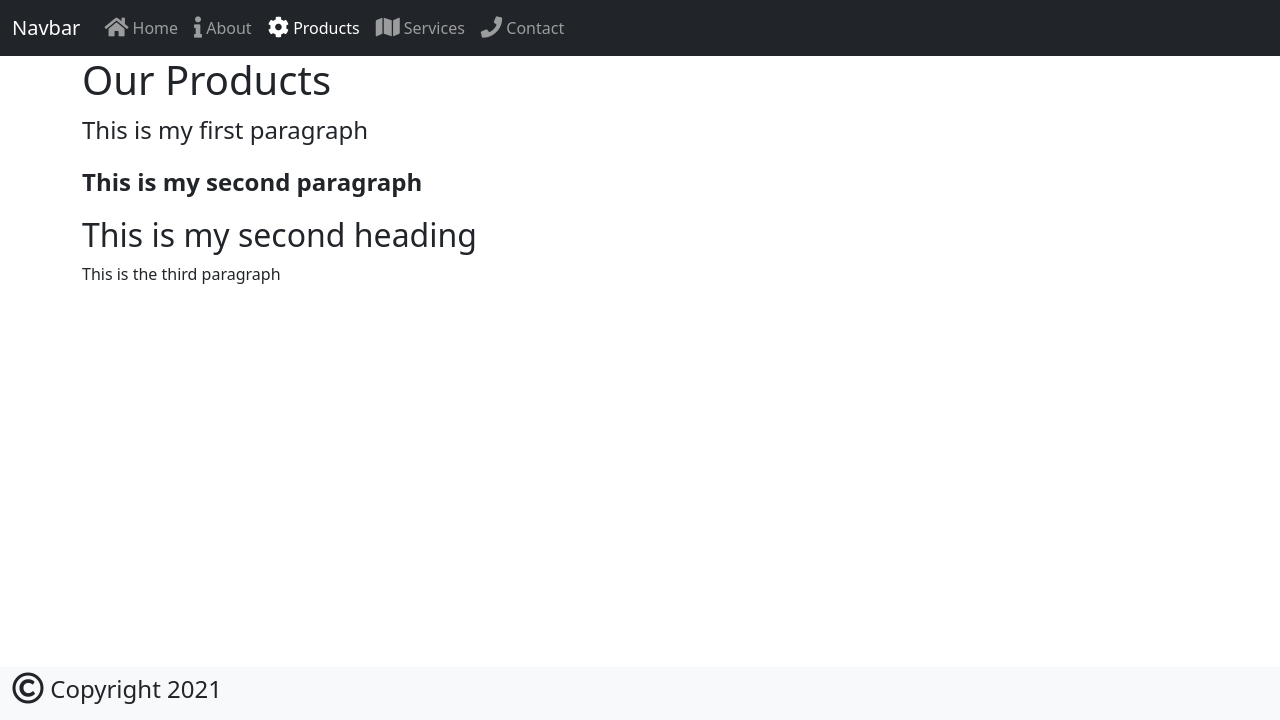
Repository: evanpalmer002/WEBD6201-ICE4
Page: products.html
The author's editor kept a copy of each file at every save. The page is drawn from the files as they stood at one save, then again after the next save.
The browser window is 1280 px wide. The pictures show the whole page.

Above is the page before, as saved 2021-01-20 16:09:34.

### products.html
<!DOCTYPE html>
<html lang="en">
<head>
    <meta charset="UTF-8">
    <meta name="viewport" content="width=device-width, initial-scale=1.0">
    <title>WEBD6201 - ICE 1</title>
    <!-- CSS Section -->
    <link rel="stylesheet" href="./node_modules/bootstrap/dist/css/bootstrap.min.css">
    <link rel="stylesheet" href="./node_modules/@fortawesome//fontawesome-free/css/all.min.css">
    <link rel="stylesheet" href="./Content/app.css">
</head>
<body>
    <!-- Main Navigation -->
    <header>
        <nav class="navbar navbar-expand-lg navbar-dark bg-dark justify-content-end">
            <div class="container-fluid">
              <a class="navbar-brand" href="index.html">Navbar</a>
              <button class="navbar-toggler" type="button" data-bs-toggle="collapse" data-bs-target="#navbarSupportedContent" aria-controls="navbarSupportedContent" aria-expanded="false" aria-label="Toggle navigation">
                <span class="navbar-toggler-icon"></span>
              </button>
              <div class="collapse navbar-collapse" id="navbarSupportedContent">

                <ul class="navbar-nav">

                  <li class="nav-item">
                    <a id="home" class="nav-link" aria-current="page" href="index.html"><i class="fas fa-home fa-lg"></i> Home</a>
                  </li>

                  <li class="nav-item">
                    <a id="about" class="nav-link" href="about.html"><i class="fas fa-info fa-lg"></i> About</a>
                  </li>

                  <li class="nav-item">
                    <a id="products" class="nav-link active" href="products.html"><i class="fas fa-cog fa-lg"></i> Products</a>
                  </li>

                  <li class="nav-item">
                    <a id="services" class="nav-link" href="services.html"><i class="fas fa-map fa-lg"></i> Services</a>
                  </li>

                  <li class="nav-item">
                    <a id="contact" class="nav-link" href="contact.html"><i class="fas fa-phone fa-lg"></i> Contact</a>
                  </li>

                </ul>
              </div>
            </div>
          </nav>
    </header>

    <main class="container">
        <h1>Our Products</h1>
        <p id="paragraphOne" class="fs-4"></p>
    </main>

    <footer>
        <nav class="navbar fixed-bottom navbar-light bg-light">
            <div class="container-fluid">
              <h4><i class="far fa-copyright fa-lg"></i> Copyright 2021</h4>
            </div>
          </nav>
    </footer>

    <!-- JavaScript Section -->
    <script src="./node_modules/jquery/dist/jquery.min.js"></script>
    <script src="./node_modules/bootstrap/dist/js/bootstrap.bundle.min.js"></script>
    <script src="./Scripts/app.js"></script>
</body>
</html>

### Scripts/app.js
/*custon javascript  goes here */

// - Immediately invoked function Expression

(function()
{
    "use strict";
    function Start()
    {
        console.log("App Started...");


        let paragraphOneContent = "This is my first paragraph"
        //Selection
        let paragraphOne = document.getElementById("paragraphOne");
        paragraphOne.textContent = paragraphOneContent;

        //Step 1 Create a new element
        let paragraphTwo = document.createElement("p");
        //Step 2 Configure the new element
        paragraphTwo.setAttribute("id", "paragraphTwo");
        paragraphTwo.textContent = "This is my second paragraph";
        paragraphTwo.className = "fs-4 fw-bold";
        //Step 3 Target the parent element
        let mainContent = document.querySelector("main");
        //Step 4 Append the new element to the parent
        mainContent.appendChild(paragraphTwo);

        let newDivTag = document.createElement("div");
        newDivTag.innerHTML =
        `<h2>This is my second heading</h2>
        <p #id = paragraphThree> This is the third paragraph </p>`;


        mainContent.append(newDivTag);

        //paragraphOne.after(newDivTag);

        //paragraphOne.before(newDivTag);

    }

    window.addEventListener("load", Start);
})();

Loaded but not shown: node_modules/bootstrap/dist/css/bootstrap.min.css (library); node_modules/@fortawesome/fontawesome-free/css/all.min.css (library); node_modules/jquery/dist/jquery.min.js (library); node_modules/bootstrap/dist/js/bootstrap.bundle.min.js (library); Content/app.css (no copy from this time; the picture is the same without it)

After the next save:
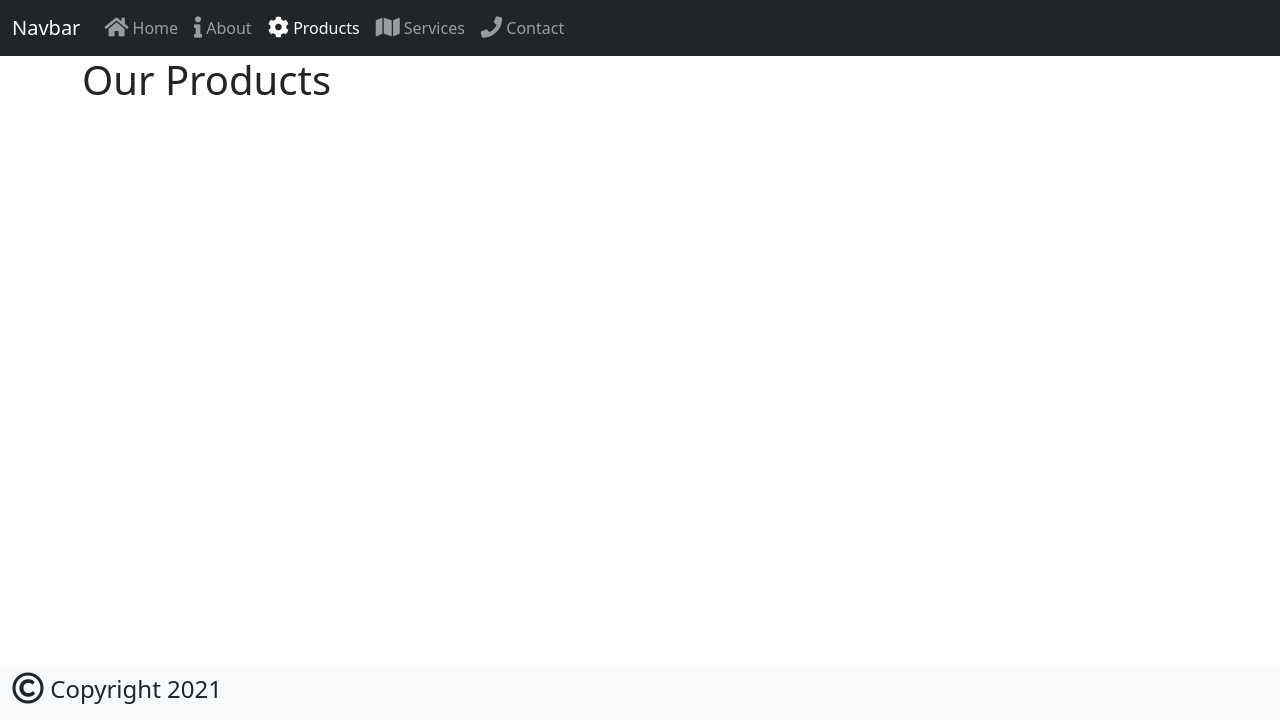
Console error: TypeError: Cannot set properties of null (setting 'textContent')
Saved 36 s later.
--- a/products.html
+++ b/products.html
@@ -50,7 +50,6 @@
 
     <main class="container">
         <h1>Our Products</h1>
-        <p id="paragraphOne" class="fs-4"></p>
     </main>
 
     <footer>
